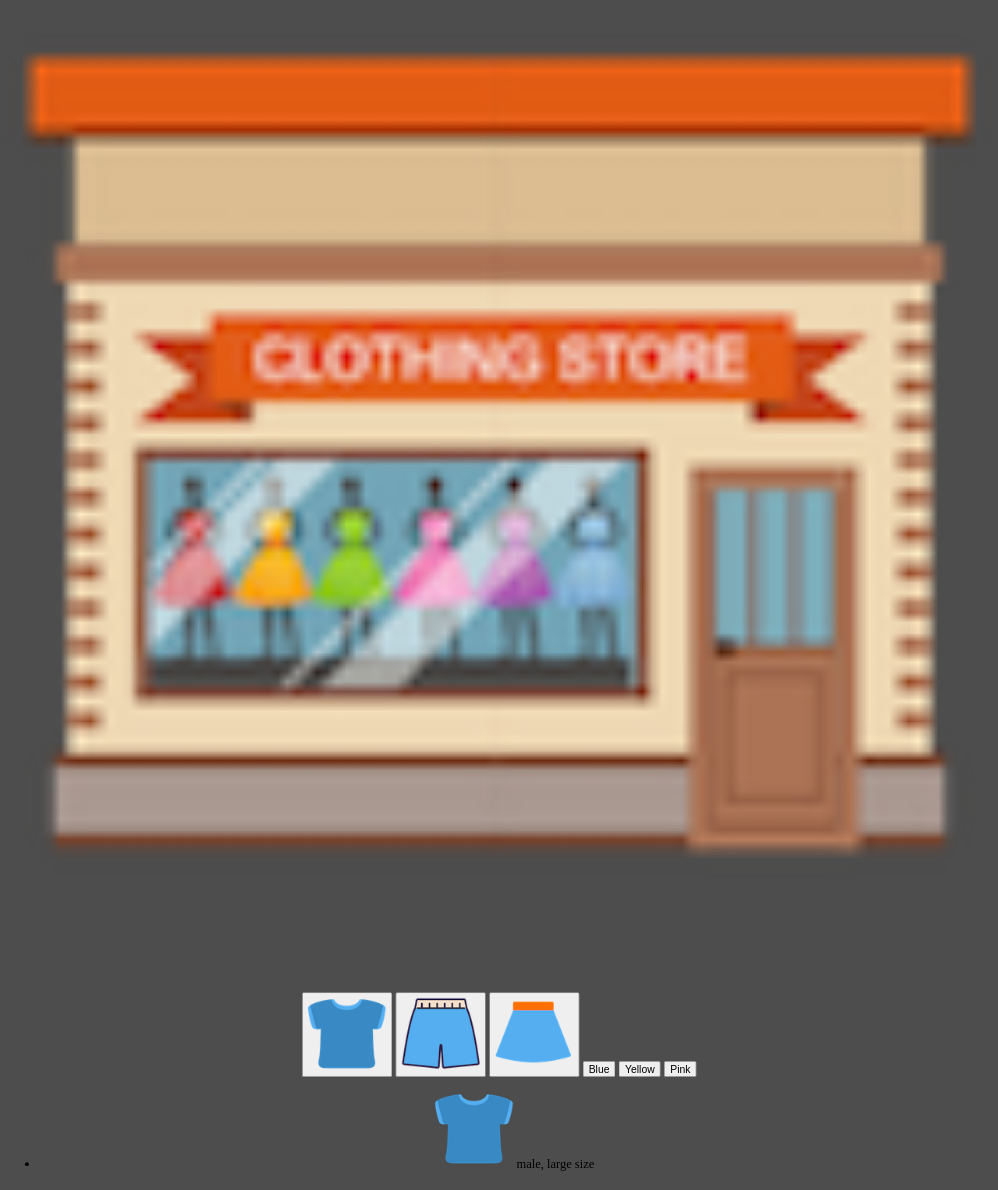
Repository: keehoonjung/Shoppingmall-Game
Page: index.html
These files come from the project's save history. The page is drawn as it stood at one moment and after the next save; the edit follows.
The browser window is 1280 px wide. The pictures show the whole page, at 78% of full size.

Above is the page before, as saved 2021-08-12 19:19:54.
Console error: TypeError: Cannot read properties of null (reading 'addEventListener')

### index.html
<!DOCTYPE html>
<html lang="en">
<head>
    <meta charset="UTF-8">
    <meta http-equiv="X-UA-Compatible" content="IE=edge">
    <meta name="viewport" content="width=device-width, initial-scale=1.0">
    <title>Shoppingamll Game</title>
    <link rel="stylesheet" href="style.css">
    <script src="main.js" defer></script>
</head>
<body>
    <img src="./imgs/logo.png" alt="header" class="header__logo">
    <section class="buttons type">
        <button class="button">
            <img src="./imgs/blue_t.png" alt="shirt" class="shirt">
        </button>
        <button class="button type">
            <img src="./imgs/blue_p.png" alt="pants" class="pants">
        </button>
        <button class="button type">
            <img src="./imgs/blue_s.png" alt="" class="skirt">
        </button>
        <button class="button color blue">
            Blue
        </button>
        <button class="button color yellow">
            Yellow
        </button>
        <button class="button color pink">
            Pink
        </button>
    </section>
    <ul class="items">
        <li class="item" data-type="shirt" data-color="blue">
            <img src="./imgs/blue_t.png" alt="blueshirt" class="item__thumbnail">
            <span class="item__description">male, large size</span>
        </li>
    </ul>
</body>
</html>

### style.css
:root {
  /* color */
  --color-white: #ffffff;
  --color-dark-grey: #4d4d4d;
  --color-blue: #73aace;
  --color-orange: #feb546;
  --color-pink: #fd7bcc;

  /* fontsize */
  --font-size: 18px;

  /* animatione */
  --animation-duration: 300ms;

  /* basic space */
  --basic-space: 8px;

  /* border */
  --border-size: 8px;
}

body {
  background-color: var(--color-dark-grey);
  display: flex;
  flex-direction: column;
  justify-content: center;
  text-align: center;
}

/* ul {
  list-style: none;
}

button {
  outline: none;
  border-radius: 6px;
  display: inline-block;
  height: 50px;
  padding: 8px 12px;
  font-size: 18px;
  cursor: pointer;
  transition: transform 300ms ease-in;
}

button:hover {
  transform: scale(1.1);
}

.header__logo {
  width: 125px;
  cursor: pointer;
  transition: transform 300ms ease-in;
}

.header__logo:hover {
  transform: scale(1.1);
}

.filter {
  display: flex;
  justify-content: center;
  margin: 0;
  padding: 0;
  padding-left: 60px;
}

.filter__btn {
  padding-right: 24px;
}

.filter__btn img {
  height: 50px;
  cursor: pointer;
  transition: transform 300ms ease-in;
}

.filter__btn img:hover {
  transform: scale(1.1);
}

.blue {
  background-color: rgb(90, 167, 235);
}

.yellow {
  background-color: yellow;
}

.pink {
  background-color: pink;
}

.items {
  padding: 0;
  overflow-y: auto;
  height: 500px;
}

.item {
  background-color: white;
  margin-bottom: 12px;
  width: 500px;
  height: 60px;
  margin: 12px auto;
  border-radius: 8px;
  display: flex;
  align-items: center;
  padding-left: 30px;
}

.item.visible {
  display: flex;
}

.item img {
  height: 50px;
}

.item span {
  margin-left: 25px;
} */

### main.js
"use strict";

const navi = document.querySelector(".filter");
const itemList = document.querySelector(".items");
const allItem = Array.from(document.querySelectorAll(".item"));
const headerLogo = document.querySelector(".header__logo");

headerLogo.addEventListener("click", () => {
  createAll();
});

navi.addEventListener("click", (evnet) => {
  const tag = event.target.tagName;
  const targetName = event.target.classList.value;
  if (tag == "IMG") {
    const items = allItem.filter((item) => item.dataset.type == targetName);
    deleteAll();
    items.forEach((item) => {
      item.classList.add("visible");
    });
  } else if (tag == "BUTTON") {
    const items = allItem.filter((item) => item.dataset.color == targetName);
    deleteAll();
    items.forEach((item) => {
      item.classList.add("visible");
    });
  }
});

function deleteAll() {
  allItem.forEach((item) => {
    item.classList.remove("visible");
  });
}

function createAll() {
  allItem.forEach((item) => {
    item.classList.add("visible");
  });
}

After the next save:
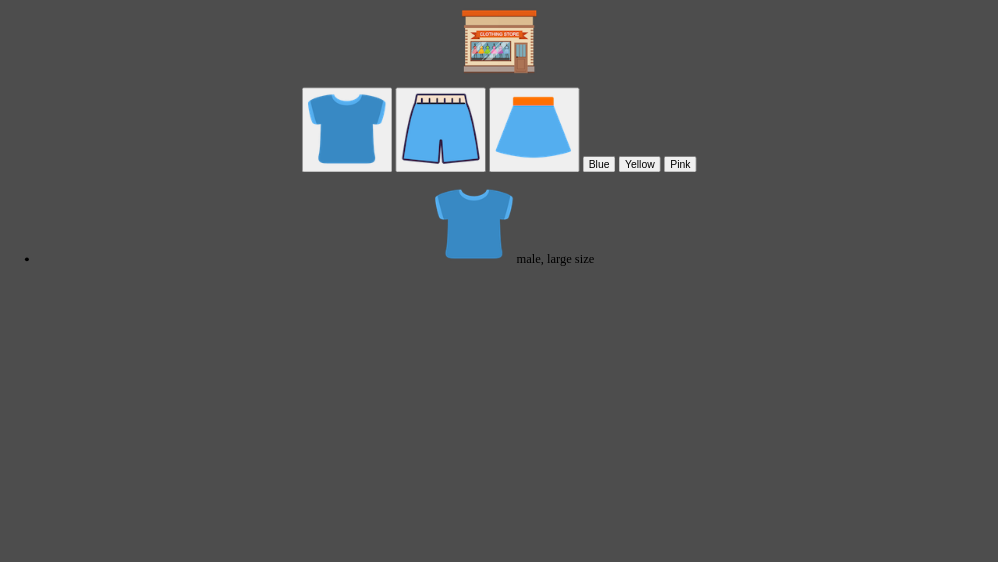
Saved 23 s later.
--- a/index.html
+++ b/index.html
@@ -9,7 +9,9 @@
     <script src="main.js" defer></script>
 </head>
 <body>
-    <img src="./imgs/logo.png" alt="header" class="header__logo">
+    <header class="header">
+        <img src="./imgs/logo.png" alt="header" class="header__logo">
+    </header>
     <section class="buttons type">
         <button class="button">
             <img src="./imgs/blue_t.png" alt="shirt" class="shirt">
